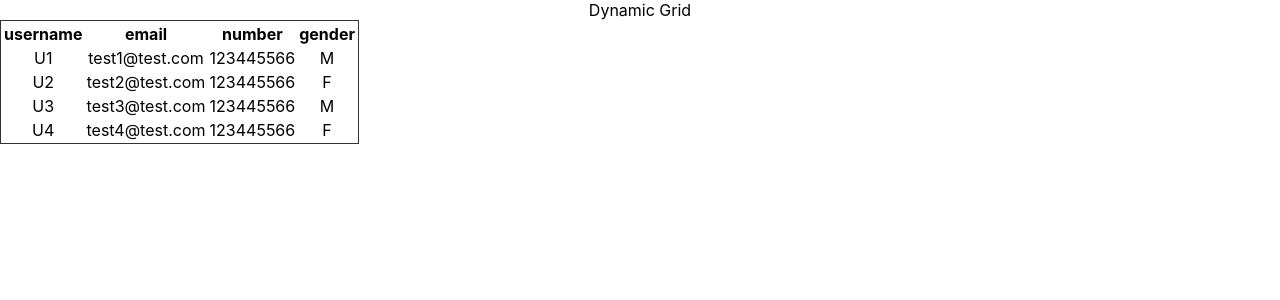
Repository: mayank-tavisca/dynamic-grids
Page: /
These files come from the project's save history. The page is drawn as it stood at one moment and after the next save; the edit follows.
The browser window is 1280 px wide. The pictures show the whole page.
The project was rebuilt for these pictures with package versions that can differ from the ones it lists, and the page was loaded fresh each time.

Above is the page before, as saved 2020-02-04 10:03:26.

After the next save:
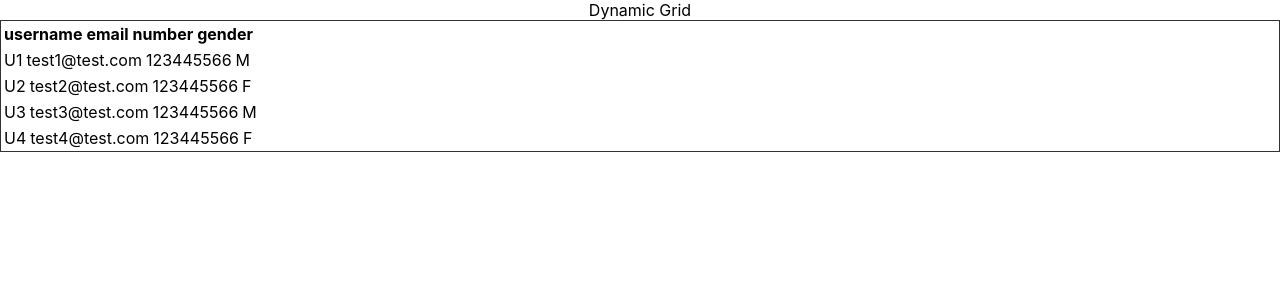
Saved 23 min 46 s later.
--- a/src/dynamic-grid/dynamicGrid.module.scss
+++ b/src/dynamic-grid/dynamicGrid.module.scss
@@ -1,3 +1,19 @@
 .table {
+  display: flex;
+  flex-direction: column;
   border: 1px solid #333;
+
+  .tableRow {
+    display: flex;
+    flex-direction: row;
+
+    .tableCell {
+      flex: 1 0 0;
+      padding: 10px 24px;
+    }
+
+    .tableHeader {
+      font-weight: bold;
+    }
+  }
 }
